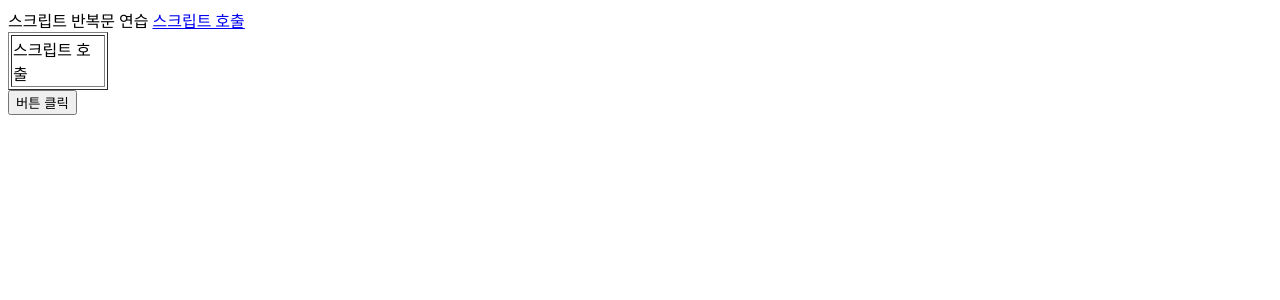
Repository: wonsungjin/Kosta
Page: http://localhost/web_prj/lec_script2.jsp
An editor plug-in stored every save of this project. The page is shown before and after the next save, followed by the edit.
The browser window is 1280 px wide. The pictures show the whole page.
The page is served by Tomcat 9. Other server files are loaded and not shown.

Above is the page before, as saved 2024-05-28 03:57:39.

### web_prj/src/main/webapp/lec_script2.jsp
<%@ page language="java" contentType="text/html; charset=UTF-8"
    pageEncoding="UTF-8"%>
<!DOCTYPE html>
<html>
<head>
<meta charset="UTF-8">
<title>Insert title here</title>

<script>
var arr = [{"empno":"7733","ename":"smith"},
	{"empno":"7799","ename":"king"}];
for(var i = 0;i<arr.length;i++){
console.log(arr[i]["empno"]);
}

var arr2 = [["7733","smiht"] , ["7799","king"]];
for(var i = 0;i<arr2.length;i++){
console.log(arr2[i][0]);
}

var arr3 = [["7733","smiht"] , ["7799","king"]];
arr3.forEach(function(val,idx){
console.log(val[1]);
});
</script>

<script>
function myPrint(age){
	console.log("myprint() 호출"+age);
}
function myPrint2(age){
	alert("myprint2() 호출"+age);
}
</script>


<script src="https://code.jquery.com/jquery-3.7.1.js"></script>
    <script>
		$(function() {
			myPrint("홍길동");
			var arr4 = [["7733","smiht"] , ["7799","king"]];
			$.each(arr4,function(idx,val){
				console.log(val[1]);
			});


			var arr5 = [{"empno":"7733","ename":"smith"},
				{"empno":"7799","ename":"king"}];
			$.map(arr5,function(val,idx){
				console.log(val["ename"]);

			});
			$("#myBtn").click(  function(){
				myprint2("제이쿼리");
			});
		});
</script>
</head>
<body>
스크립트 반복문 연습

<a href="#" onClick="myPrint2('홍길동');">스크립트 호출</a>
<table border=1 width=100><tr><td style="cursor:pointer" onClick="myPrint2('홍길동');">스크립트 호출</td></tr></table>
<input type="button" id="myBtn" value="버튼 클릭">
</body>
</html>

After the next save:
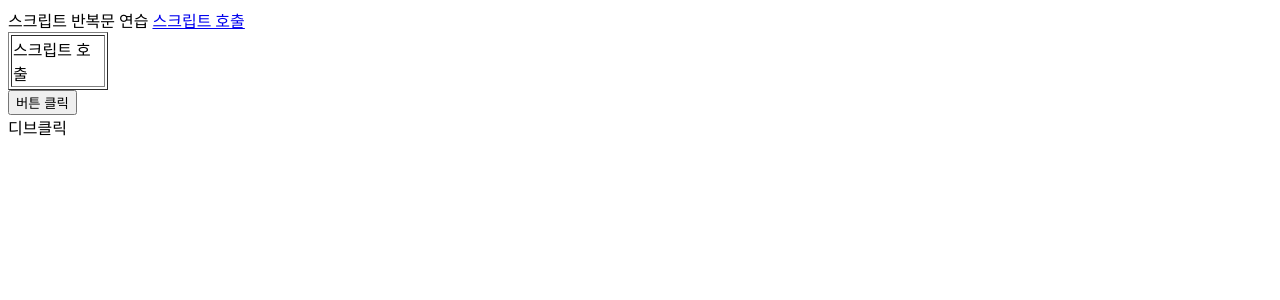
Saved 14 s later.
--- a/web_prj/src/main/webapp/lec_script2.jsp
+++ b/web_prj/src/main/webapp/lec_script2.jsp
@@ -62,5 +62,6 @@ function myPrint2(age){
 <a href="#" onClick="myPrint2('홍길동');">스크립트 호출</a>
 <table border=1 width=100><tr><td style="cursor:pointer" onClick="myPrint2('홍길동');">스크립트 호출</td></tr></table>
 <input type="button" id="myBtn" value="버튼 클릭">
+<div>디브클릭</div>
 </body>
 </html>
